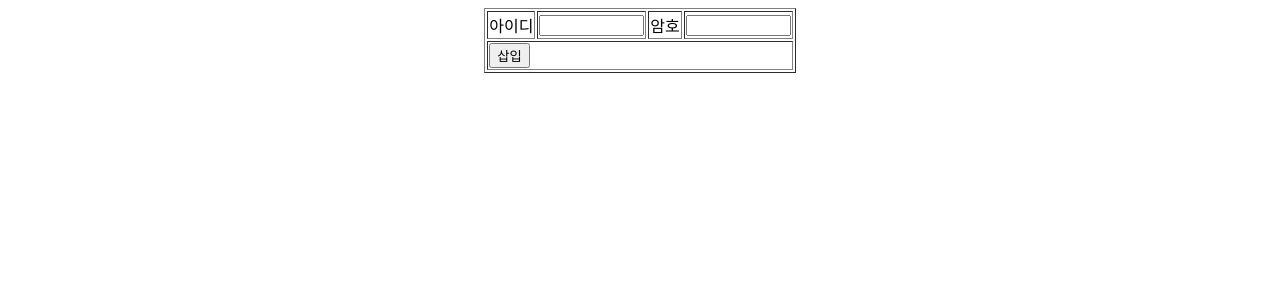
Repository: teeeeeeemo/workspace_jsp
Page: http://localhost/chap14/insert/insertForm.jsp
These files come from the project's save history. The page is drawn as it stood at one moment and after the next save; the edit follows.
The browser window is 1280 px wide. The pictures show the whole page.
The page is served by Tomcat 9. Nobody is signed in. The application's start-up code is not run.

Above is the page before, as saved 2017-01-12 14:18:49.

After the next save:
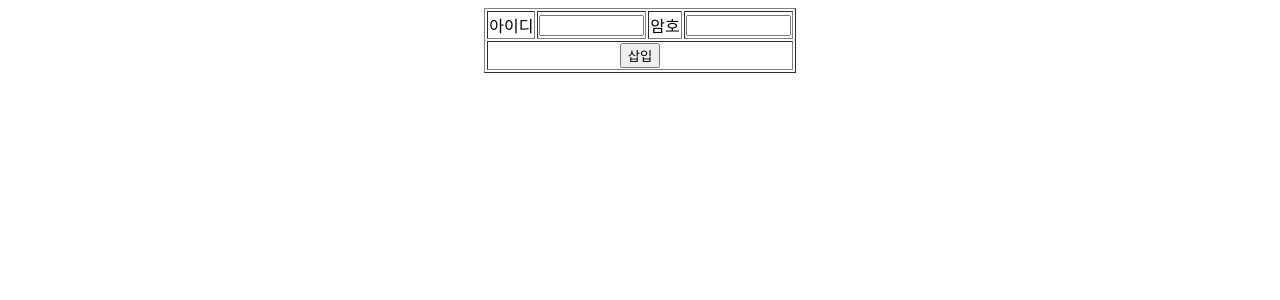
Saved 28 s later.
--- a/chap14/WebContent/insert/insertForm.jsp
+++ b/chap14/WebContent/insert/insertForm.jsp
@@ -9,7 +9,7 @@
 <body>
 	<form action="/chap14/insert/insert.jsp" method="post">
 	<div align="center">
-	<table border="1" text = align:"center">
+	<table border="1">
 	<tr>
 		<td>아이디</td>
 		<td><input type="text" name="memberID" size="10"></td>
@@ -17,7 +17,7 @@
 		<td><input type="text" name="password" size="10"></td>
 	</tr>
 	<tr>
-		<td colspan="4"><input type="submit" value="삽입"> </td>
+		<td colspan="4" align="center"><input type="submit" value="삽입"> </td>
 	</tr>
 
 	</table>
